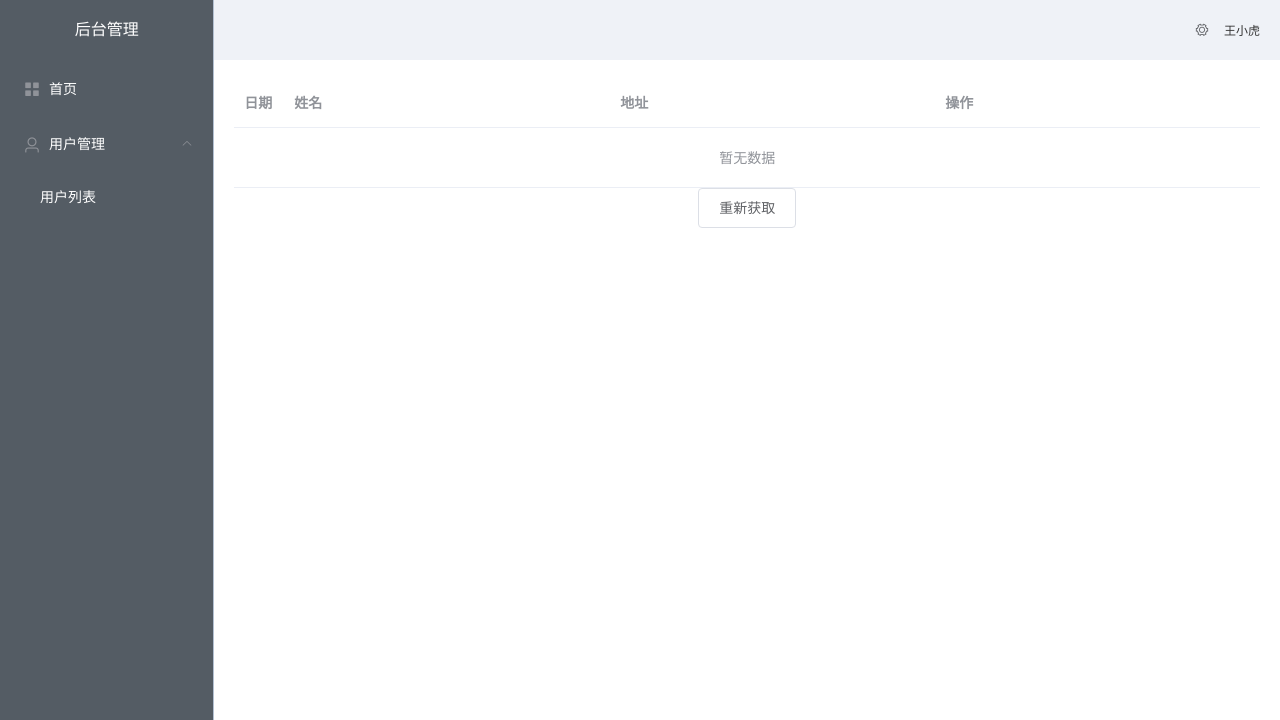
Repository: cmw520520/admin_vue
Page: /#/user/userlist
The author's editor kept a copy of each file at every save. The page is drawn from the files as they stood at one save, then again after the next save.
The browser window is 1280 px wide. The pictures show the whole page.
The page's requests for data from a server got no answer. The project was rebuilt for these pictures with package versions that can differ from the ones it lists, and the page was loaded fresh each time. No one was signed in, and anything a server would have sent is missing. Also part of the build but not shown: src/page/home/Home.vue, example/Echart.vue.

Above is the page before, as saved 2019-07-03 09:40:56.

After the next save:
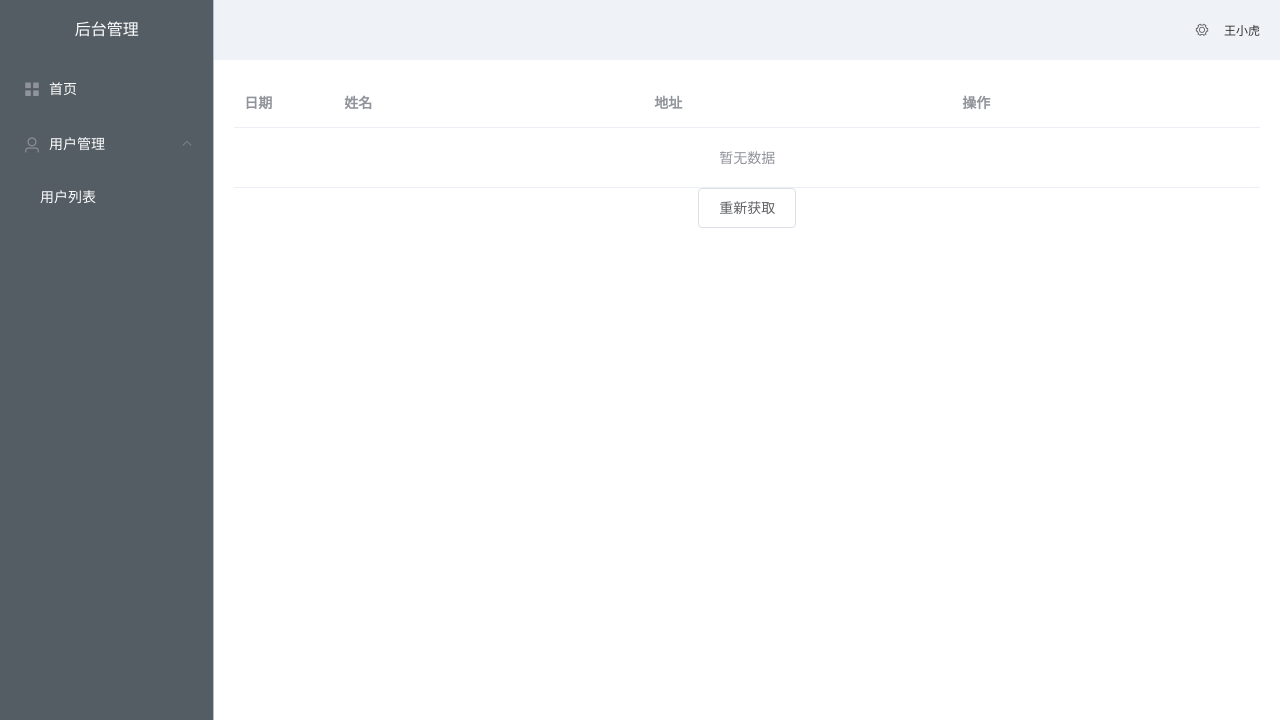
Saved 10 s later.
--- a/src/page/user/UserList.vue
+++ b/src/page/user/UserList.vue
@@ -2,7 +2,7 @@
     <el-row>
       <el-col>
         <el-table v-if="userList" :data="userList" style="width:100%;">
-            <el-table-column prop="date" label="日期" width="50"></el-table-column>
+            <el-table-column prop="date" label="日期" width="100"></el-table-column>
             <el-table-column prop="name" label="姓名"></el-table-column>
             <el-table-column prop="address" label="地址"></el-table-column>
             <el-table-column label="操作">
